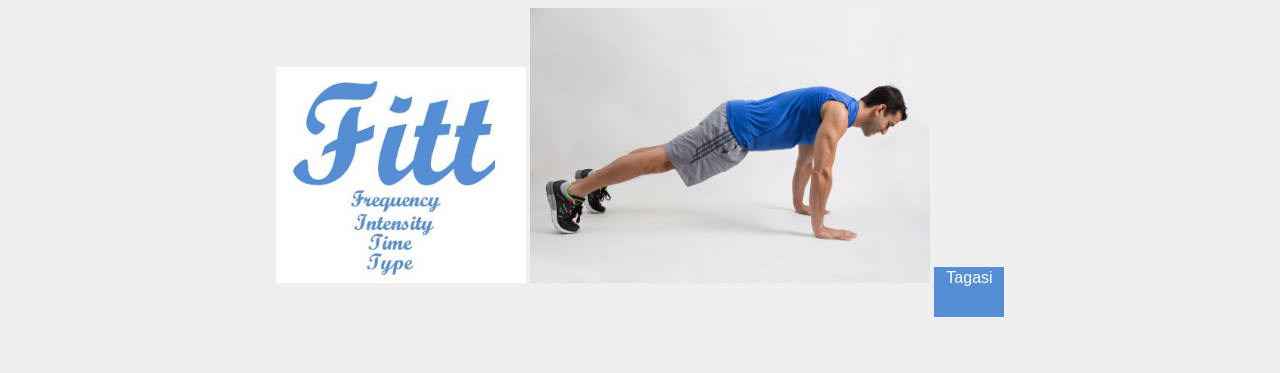
Repository: kairitsims/tarkvaratehnika
Page: Fitt/src/main/exercises.html
These files come from the project's save history. The page is drawn as it stood at one moment and after the next save; the edit follows.
The browser window is 1280 px wide. The pictures show the whole page.

Above is the page before, as saved 2017-02-21 17:29:24.

### Fitt/src/main/exercises.html
<!DOCTYPE html>
<html>

<head>
    <meta charset="utf-8">
    <title>Esileht</title>
    <link rel = "stylesheet" href="style.css">
</head>

<body>

 <div>
	<img src="Fitt_logo.jpg" width="250"/>
	<img src="push_ups.jpg" width="400"/>
	<a href="main.html" class="button">Tagasi</a>
</div>


</body>
</html>

### Fitt/src/main/style.css
body{
    background-color: #efefef;
    font-family: sans-serif;
    text-align: center;
}

 .main{
    width: 500px;
    height: 400px;
    background-color: white;
    color: #4a4a4a;
    margin-left: auto;
    margin-right: auto;
    margin-top: 100px;
}

.tableStyle{
    margin-left: auto;
    margin-right: auto;
}


a.button {
	background-color: #558ED5;
    color: white;
    border: none;
    margin-left: auto;
    margin-right: auto;
    text-align: center;
    text-decoration: none;
    display: inline-block;
    font-size: 16px;
    cursor: pointer;
    margin-top: 20px;
    width: 70px;
    height: 50px;
    text-align: center;
    line-height: 21px;
}

input[type="text"] {
    width: 150px;
}

input[type="password"] {
    width: 150px;
}

ul {
    list-style-type: none; /*Eemaldab punktid listi eest*/
    margin: 0; /*Eemaldab brauseri standartseaded*/
    padding: 0; /*Eemaldab brauseri standartseaded*/
    overflow: hidden;
    background-color: #937bfa;
}

li {
    float: left; /*Selle abil sain menüü horisontaalseks*/
}

li a {
    display: block; /*ruudu kujulised menüülingid*/
    color: #414141; /*menüü teksti värv*/
    text-align: center;
    padding: 10px 20px; /*Menüükastide suurused*/
    text-decoration: none;
}

li a:hover {
    background-color: #dbdbdb; /*Peale liikudes muudab värvi menüü valik*/
}

.menuu{
	background-color: #558ED5;
}

.kast{
	heigth: 50px;
	width: 50px;
}

After the next save:
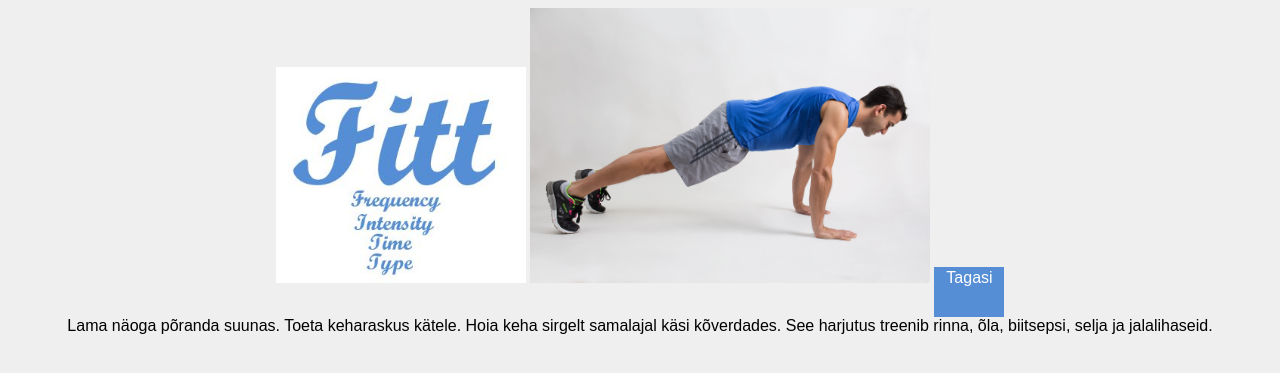
Saved 7 min 41 s later.
--- a/Fitt/src/main/exercises.html
+++ b/Fitt/src/main/exercises.html
@@ -15,6 +15,14 @@
 	<a href="main.html" class="button">Tagasi</a>
 </div>
 
+<div>
+Lama näoga põranda suunas. Toeta keharaskus kätele.
+
+Hoia keha sirgelt samalajal käsi kõverdades.
+
+See harjutus treenib rinna, õla, biitsepsi, selja
+ja jalalihaseid.
+</div>
 
 </body>
 </html>
